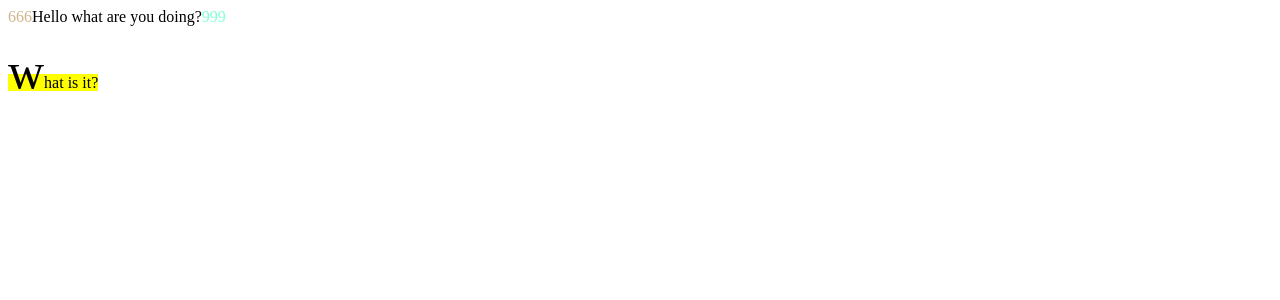
Repository: Romic77/css-test
Page: 伪元素的选择器.html
These files come from the project's save history. The page is drawn as it stood at one moment and after the next save; the edit follows.
The browser window is 1280 px wide. The pictures show the whole page.

Above is the page before, as saved 2022-09-02 22:26:07.

After the next save:
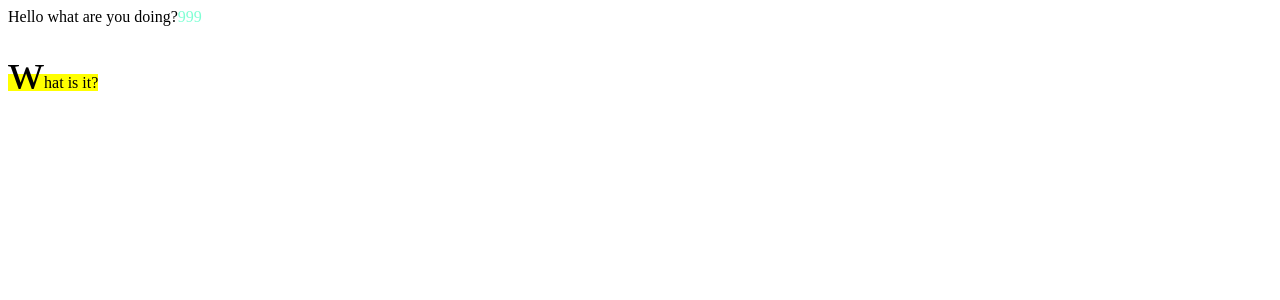
Saved 2 min 55 s later.
--- a/伪元素的选择器.html
+++ b/伪元素的选择器.html
@@ -31,7 +31,7 @@
         }
 
         div::before {
-            content: '666';
+            content: ' ';
             color: tan;
         }
 

After the save that followed:
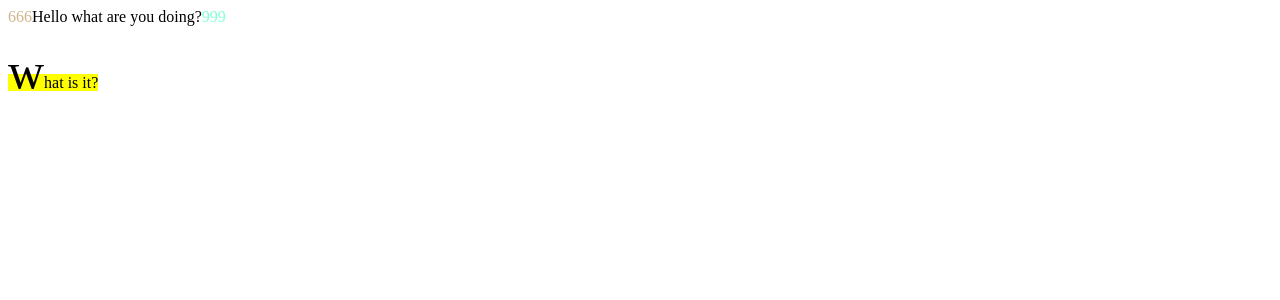
Saved 99 s later.
--- a/伪元素的选择器.html
+++ b/伪元素的选择器.html
@@ -31,7 +31,7 @@
         }
 
         div::before {
-            content: ' ';
+            content: '666';
             color: tan;
         }
 
